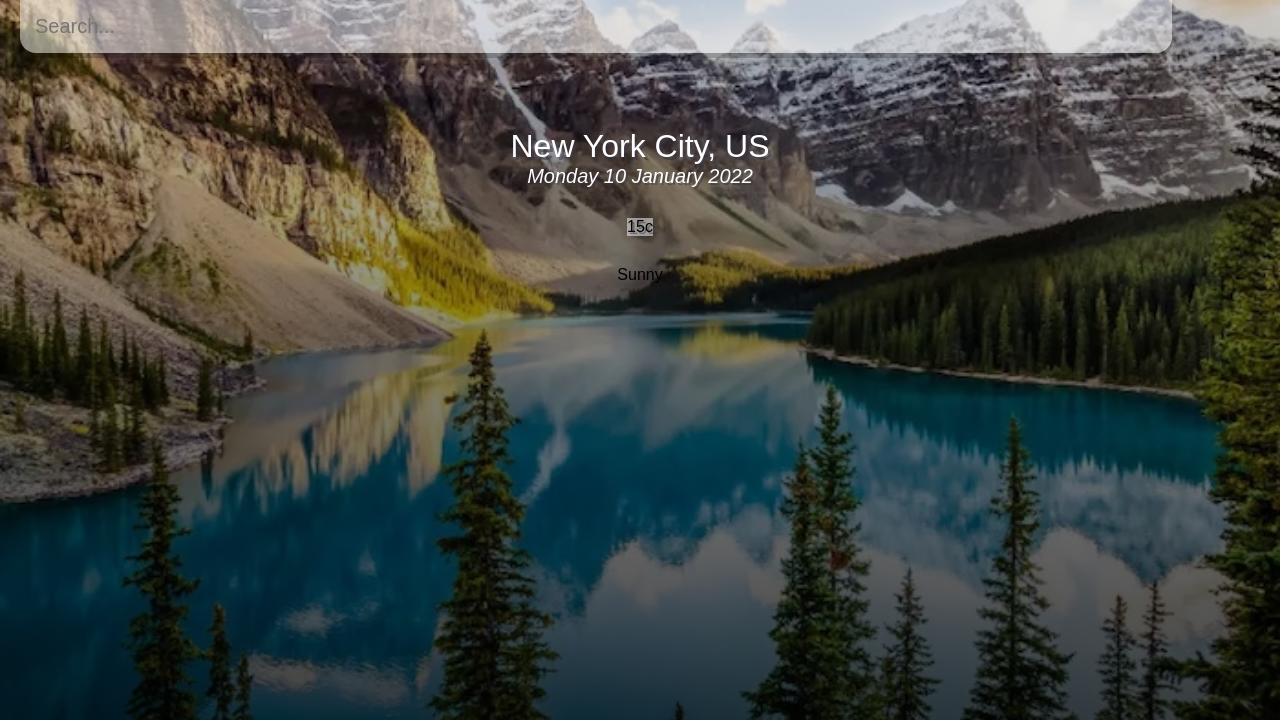
Repository: K-TT/WeatherApp
Page: /
These files come from the project's save history. The page is drawn as it stood at one moment and after the next save; the edit follows.
The browser window is 1280 px wide. The pictures show the whole page.
The project was rebuilt for these pictures with package versions that can differ from the ones it lists, and the page was loaded fresh each time.

Above is the page before, as saved 2022-01-13 23:39:20.

After the next save:
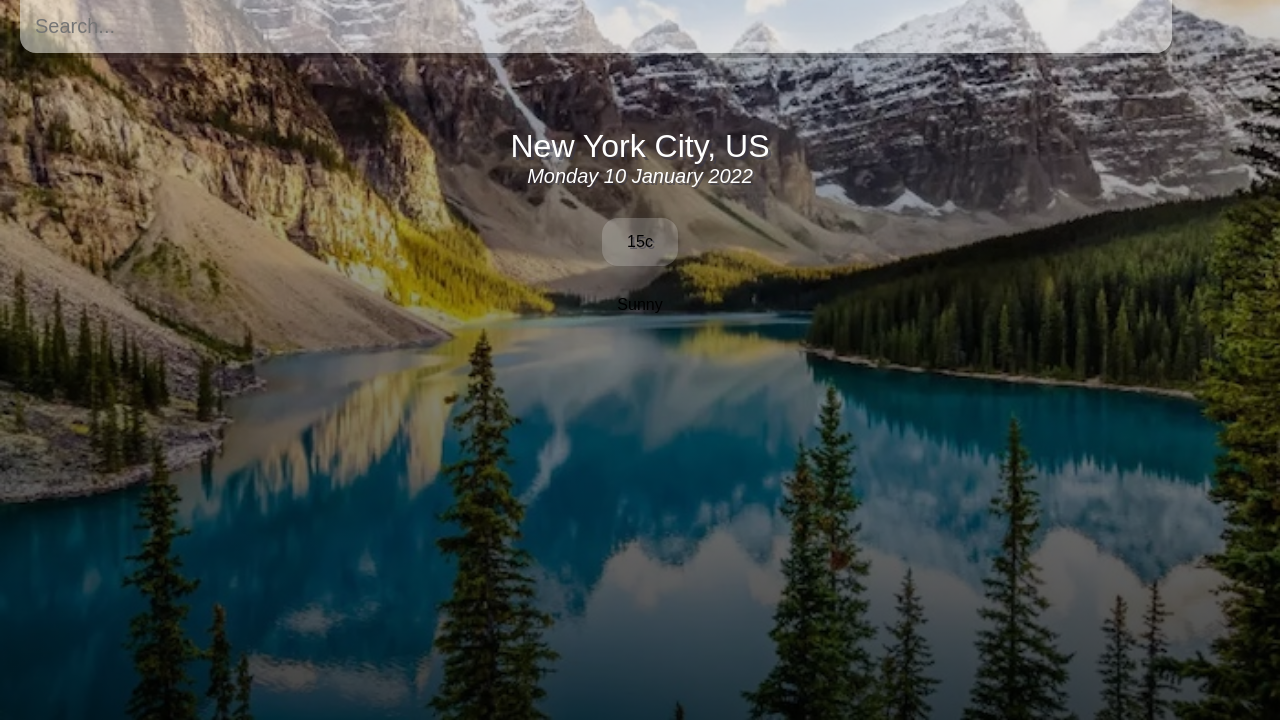
Saved 36 s later.
--- a/src/index.css
+++ b/src/index.css
@@ -76,6 +76,8 @@ main {
     position: relative;
     display: inline-block;
     margin: 30px auto;
-    background-color: rgba(255, 255, 255, 0.5);
+    background-color: rgba(255, 255, 255, 0.2);
+    border-radius: 16px;
+    padding: 15px 25px;
     text-shadow: 2px 2px rgba(50, 50, 70, 0.5);
 }
